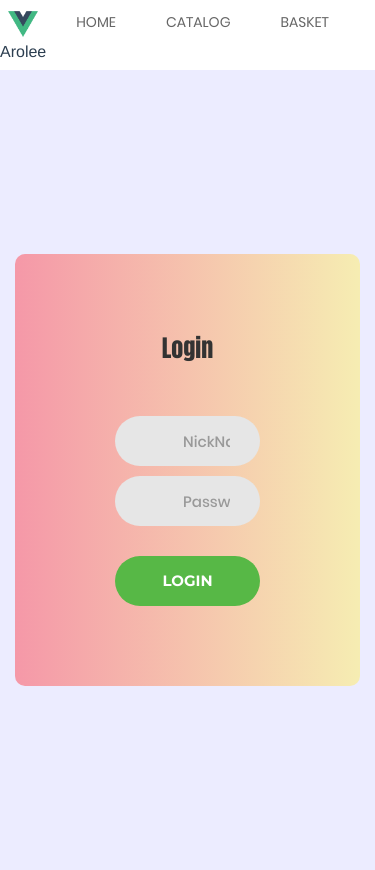
Repository: nutelabezgmo222/toyShop_FE
Page: /login
These files come from the project's save history. The page is drawn as it stood at one moment and after the next save; the edit follows.
The browser window is 375 px wide. The pictures show the whole page.
The project was rebuilt for these pictures with package versions that can differ from the ones it lists, and the page was loaded fresh each time. Also part of the build but not shown: vue.config.js, src/components/Pages/HomePage.vue, src/components/Pages/CatalogPage.vue, src/components/Pages/BasketPage.vue, src/components/Pages/Admin/AdminPage.vue, src/api/index.js, src/api/subInformation/index.js, src/api/brand/index.js and 4 more.

Above is the page before, as saved 2022-06-28 20:25:14.

After the next save:
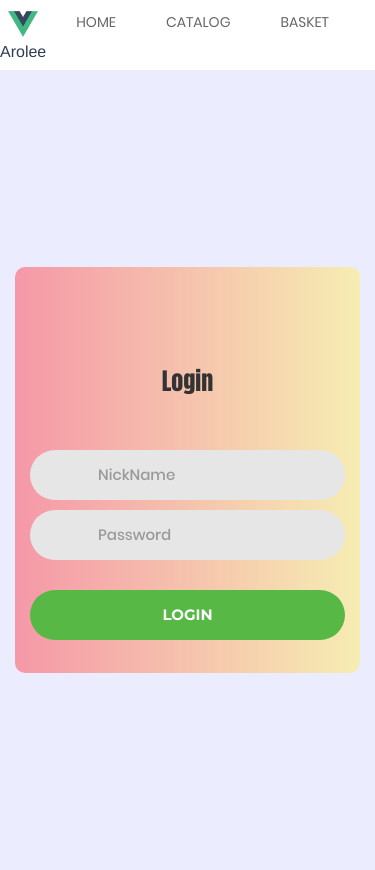
Saved 7 s later.
--- a/src/components/Pages/LogInPage.vue
+++ b/src/components/Pages/LogInPage.vue
@@ -383,6 +383,44 @@ iframe {
 
 .login100-form-btn:hover {
   background: #333333;
+}
+
+
+
+
+
+@media (max-width: 992px) {
+  .wrap-login100 {
+    padding: 177px 90px 33px 85px;
+  }
+
+  .login100-pic {
+    width: 35%;
+  }
+
+  .login100-form {
+    width: 50%;
+  }
+}
+
+@media (max-width: 768px) {
+  .wrap-login100 {
+    padding: 100px 80px 33px 80px;
+  }
+
+  .login100-pic {
+    display: none;
+  }
+
+  .login100-form {
+    width: 100%;
+  }
+}
+
+@media (max-width: 576px) {
+  .wrap-login100 {
+    padding: 100px 15px 33px 15px;
+  }
 }
 
 

After the 2 saves that followed:
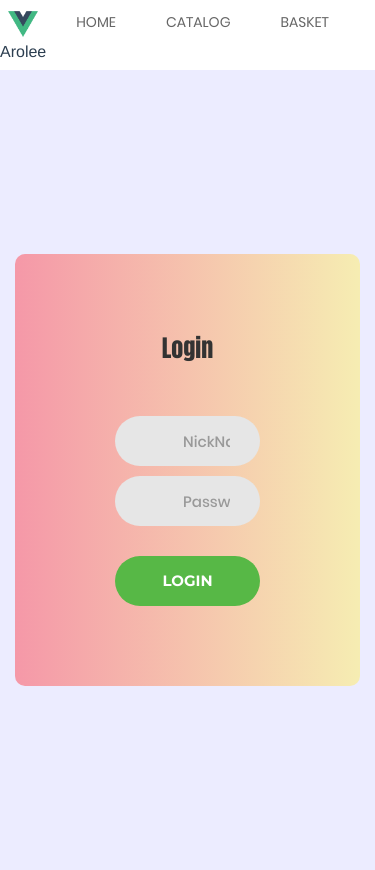
The 2 saves are shown as one change because 1 left the picture as it was.
The last was saved 22 s later.
--- a/src/components/Pages/LogInPage.vue
+++ b/src/components/Pages/LogInPage.vue
@@ -384,46 +384,6 @@ iframe {
 .login100-form-btn:hover {
   background: #333333;
 }
-
-
-
-
-
-@media (max-width: 992px) {
-  .wrap-login100 {
-    padding: 177px 90px 33px 85px;
-  }
-
-  .login100-pic {
-    width: 35%;
-  }
-
-  .login100-form {
-    width: 50%;
-  }
-}
-
-@media (max-width: 768px) {
-  .wrap-login100 {
-    padding: 100px 80px 33px 80px;
-  }
-
-  .login100-pic {
-    display: none;
-  }
-
-  .login100-form {
-    width: 100%;
-  }
-}
-
-@media (max-width: 576px) {
-  .wrap-login100 {
-    padding: 100px 15px 33px 15px;
-  }
-}
-
-
 
 .validate-input {
   position: relative;
